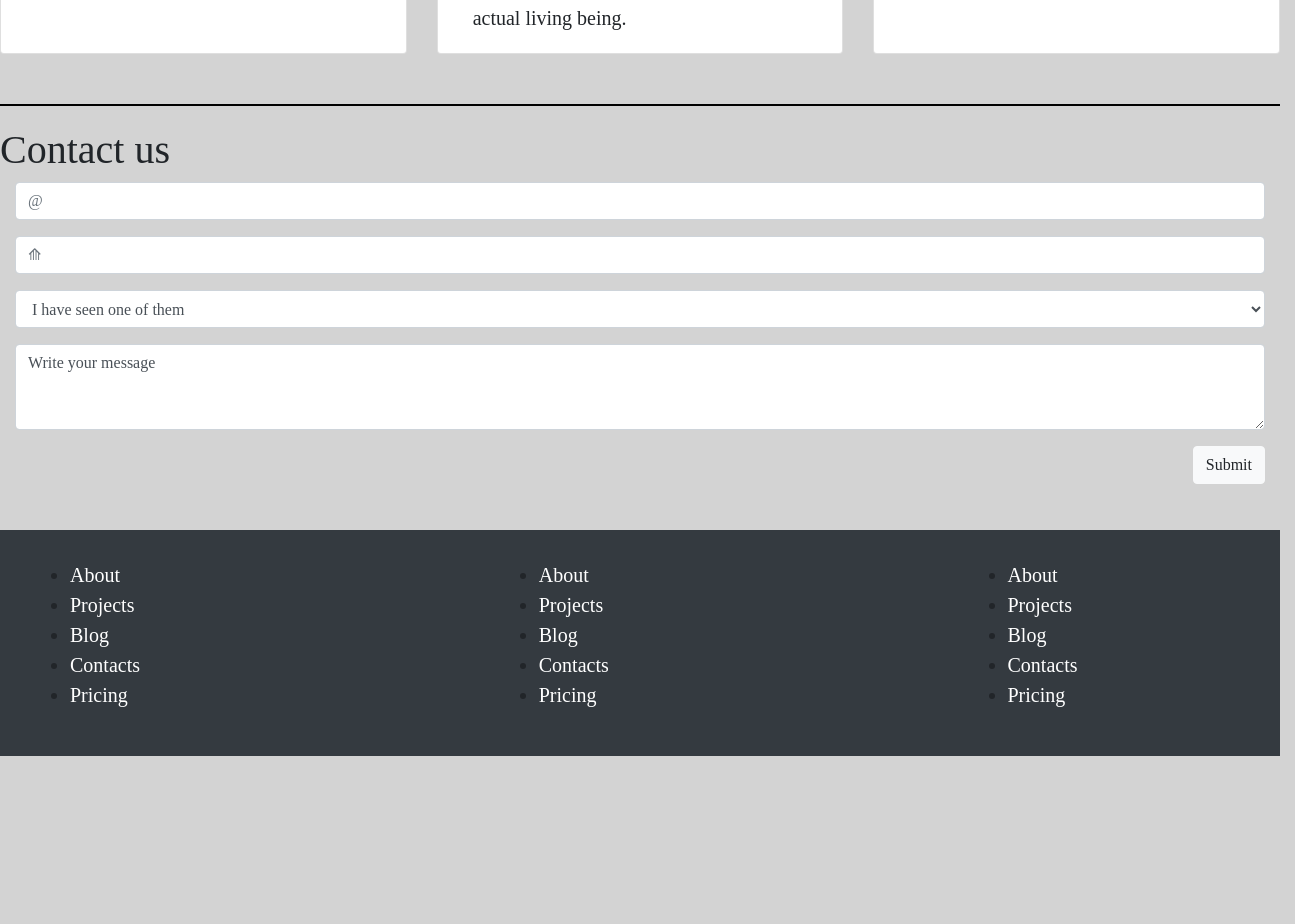
Repository: Khaleddwm/FindThePrecious
Page: index.html
These files come from the project's save history. The page is drawn as it stood at one moment and after the next save; the edit follows.
The browser window is 1280 px wide. The page is 1295 px wide, so the pictures cover 1295 px, including what lies to the right of the window. The pictures show the part of the page from y = 1806 to 2730 px (the page is 2730 px tall before and 2714 px after).
Some web fonts or font styles are not loaded; a fallback is used.

Above is the page before, as saved 2020-05-25 00:38:20.

After the next save:
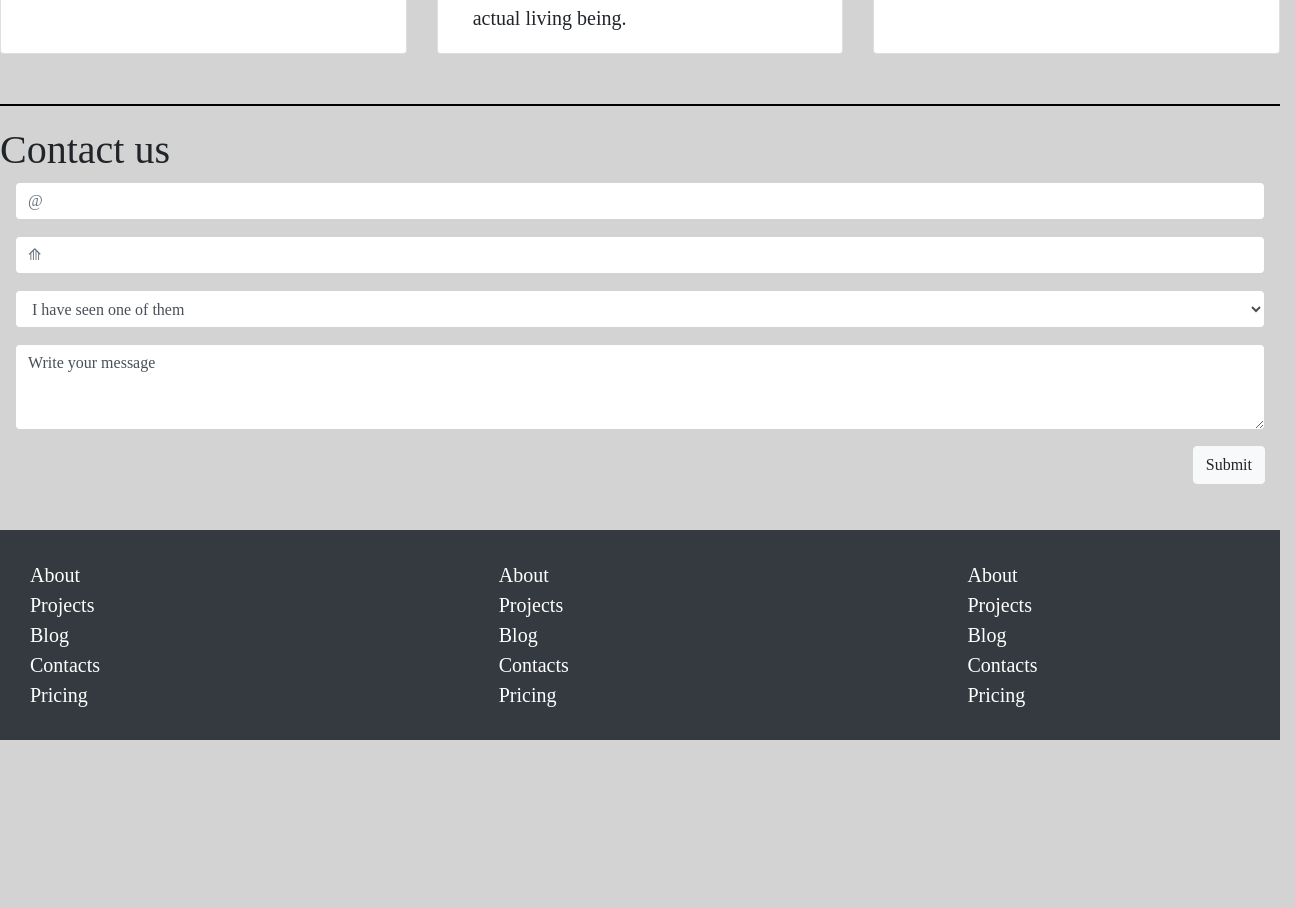
Saved 15 s later.
--- a/style.css
+++ b/style.css
@@ -89,3 +89,9 @@ footer .container-fluid {
 .footer-classic a, .footer-classic a:focus, .footer-classic a:active {
     color: white;
 }
+
+ul, ol {
+    list-style: none;
+    padding: 0;
+    margin: 0;
+}
